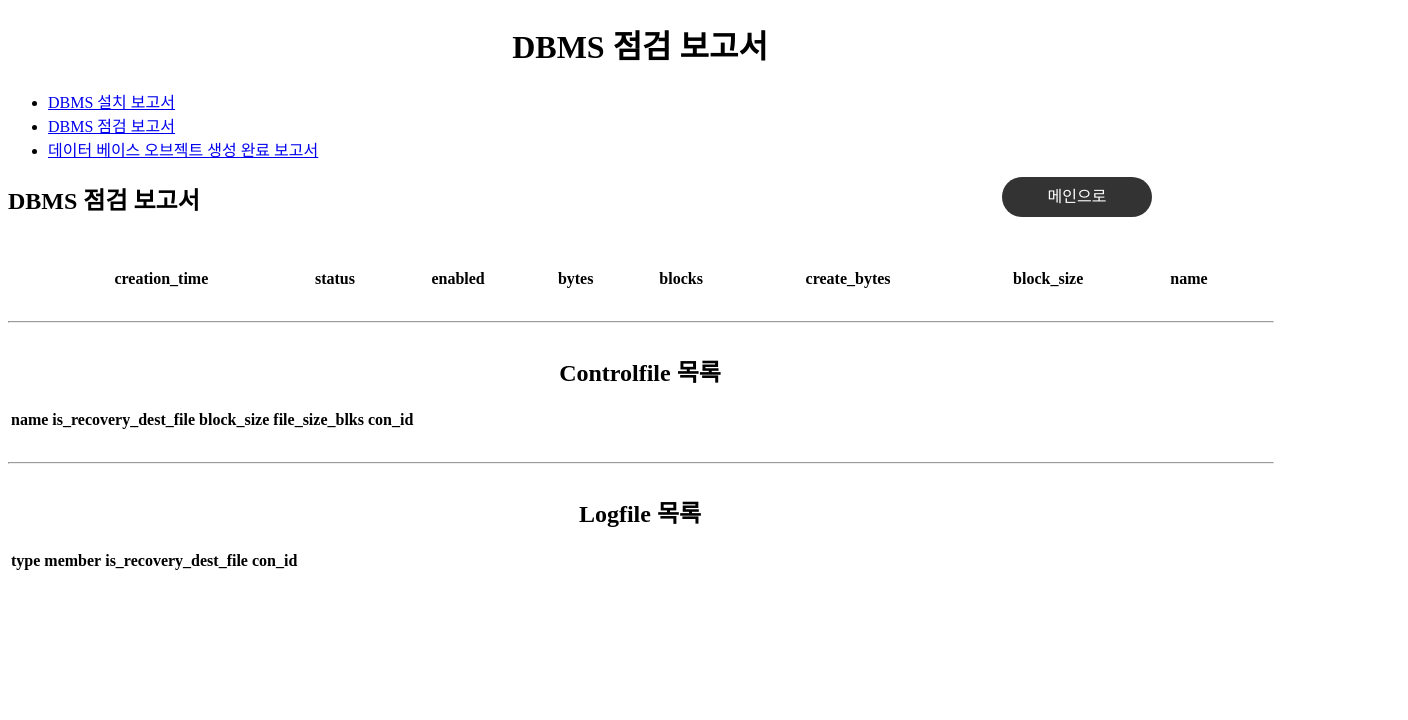
Repository: blackbird0220/kh_database
Page: http://localhost/test01/report02.jsp
These files come from the project's save history. The page is drawn as it stood at one moment and after the next save; the edit follows.
The browser window is 1280 px wide. The page is 1280 px wide, then 1408 px, so the pictures cover 1408 px, including what lies to the right of the window. The pictures show the whole page.
The page is served by Tomcat 9. Queries for data that is not in the repository find no rows.

Above is the page before, as saved 2024-04-01 00:24:17.

After the next save:
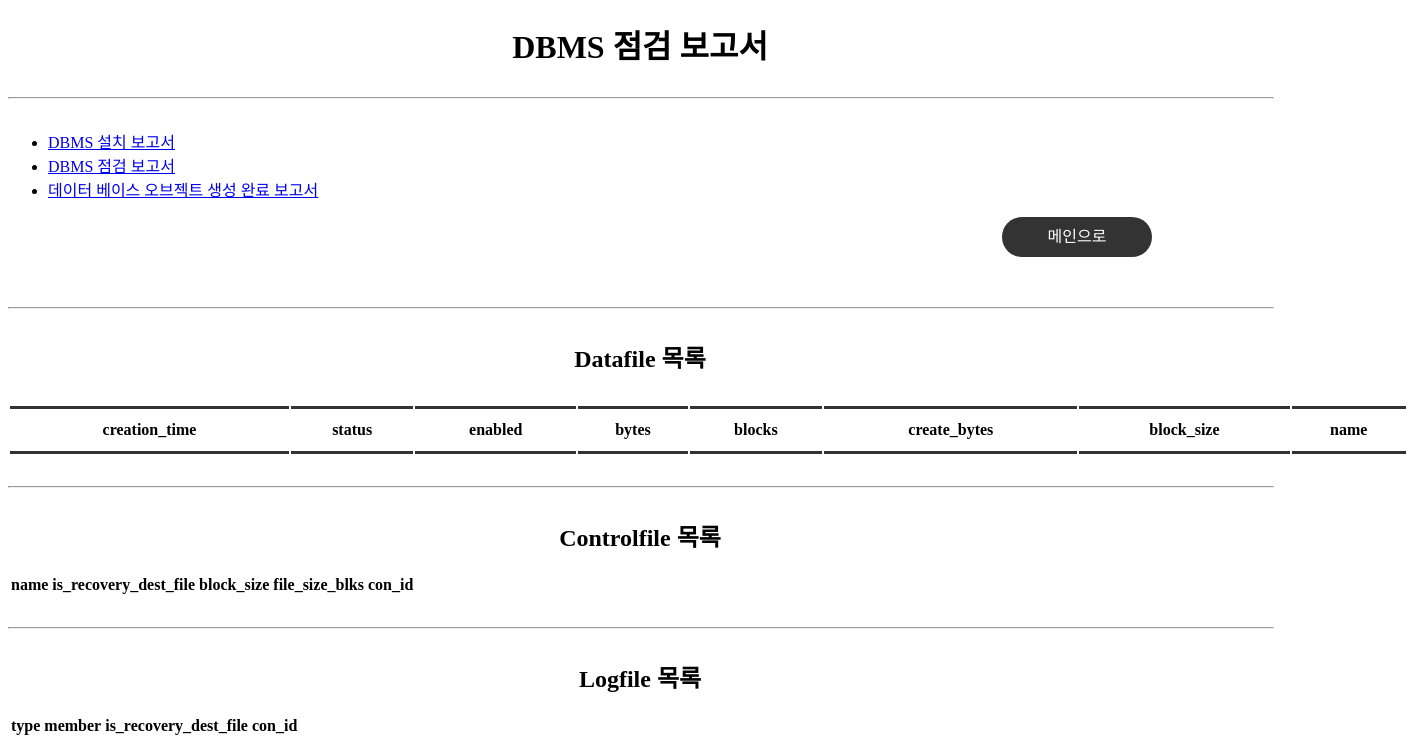
Saved 2 min 9 s later.
--- a/test01/WebContent/report02.jsp
+++ b/test01/WebContent/report02.jsp
@@ -125,10 +125,11 @@
 </head>
 <body>
 <h1 class="title">DBMS 점검 보고서</h1>
+<hr>
 <%@ include file = "menu.jsp" %>
-
-<h2>DBMS 점검 보고서</h2>
-<table style="width:1200px;margin:30px auto">
+<hr>
+<h2 class="title">Datafile 목록</h2>
+<table style="width:1400px;margin:30px auto" class="tb">
 	<thead>
 		<tr>
 			<th>creation_time</th><th>status</th><th>enabled</th>
